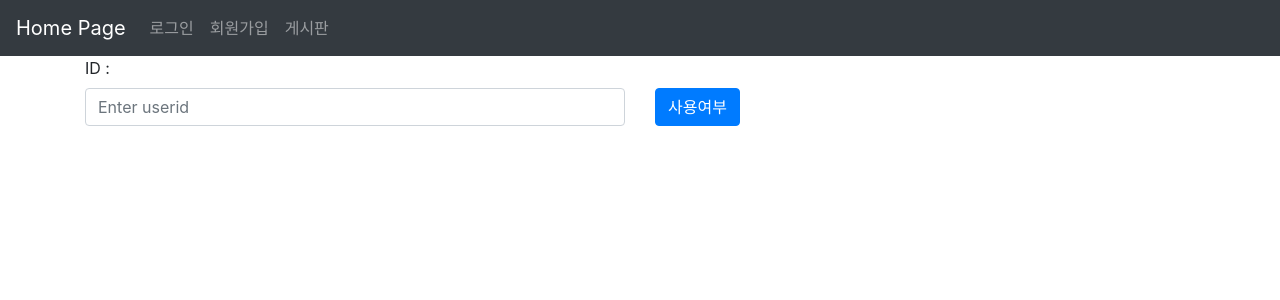
Repository: yerori/Eclipse
Page: http://localhost/project/member/idCheck.me
These files come from the project's save history. The page is drawn as it stood at one moment and after the next save; the edit follows.
The browser window is 1280 px wide. The pictures show the whole page.
The page is served by Tomcat 9.

Above is the page before, as saved 2020-07-30 06:20:28.
Console error: SyntaxError: Unexpected end of input

After the next save:
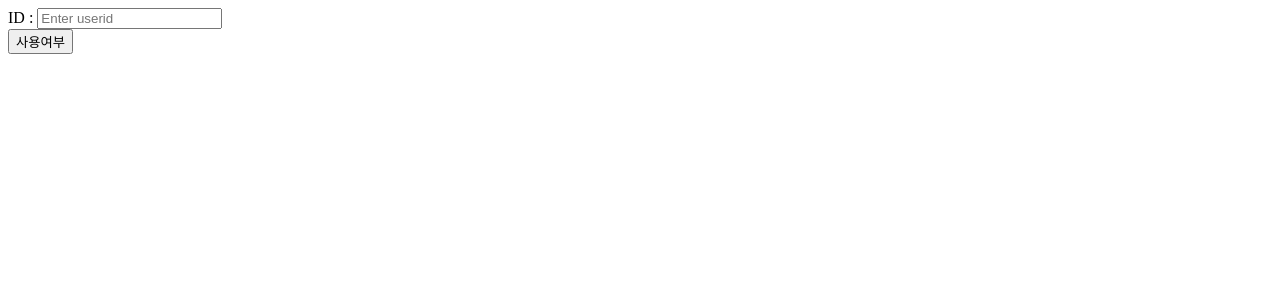
The error is gone.
Saved 40 s later.
--- a/project/WebContent/member/idCheck.jsp
+++ b/project/WebContent/member/idCheck.jsp
@@ -1,6 +1,6 @@
 <%@ page language="java" contentType="text/html; charset=UTF-8"
     pageEncoding="UTF-8"%>
-    <%@ include file="../include/header.jsp" %>
+
 <div class="container">
 <form action="insert.me" method="post" id="frm">
 
